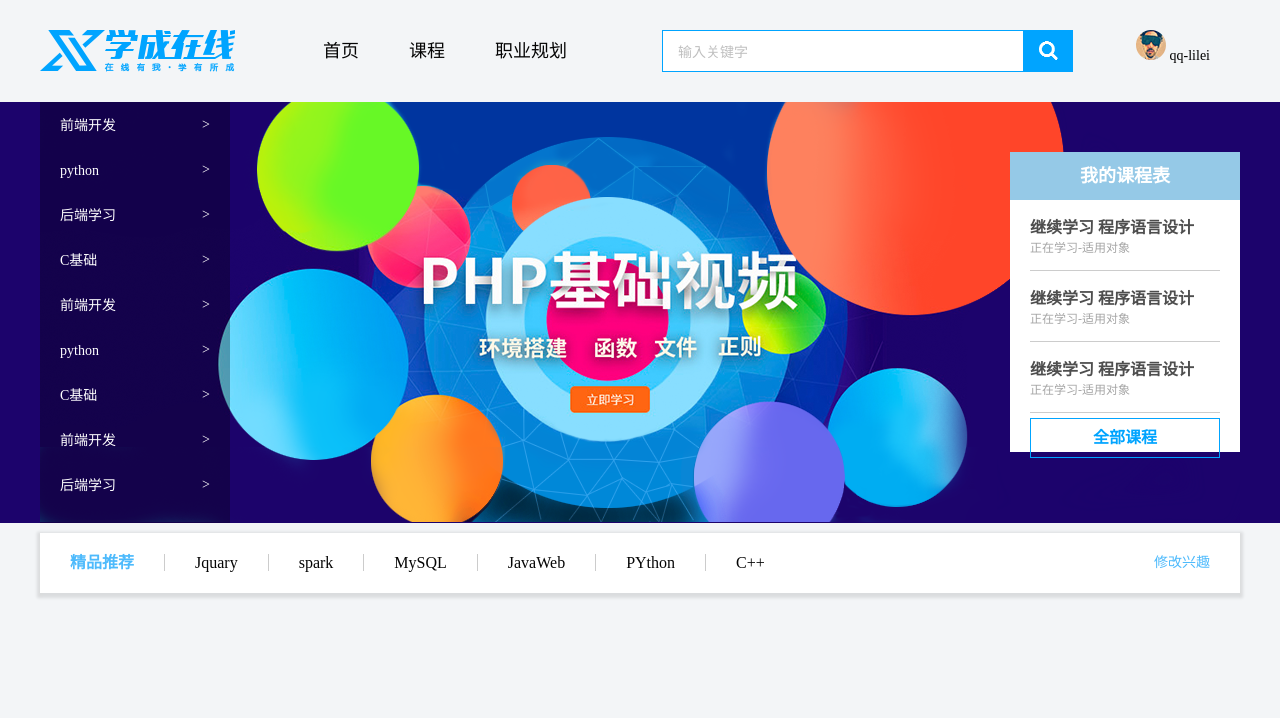
Repository: zhengdeya/web-based
Page: 39-学成在线/index.html
An editor plug-in stored every save of this project. The page is shown before and after the next save, followed by the edit.
The browser window is 1280 px wide. The pictures show the whole page.

Above is the page before, as saved 2021-04-15 15:44:04.

After the next save:
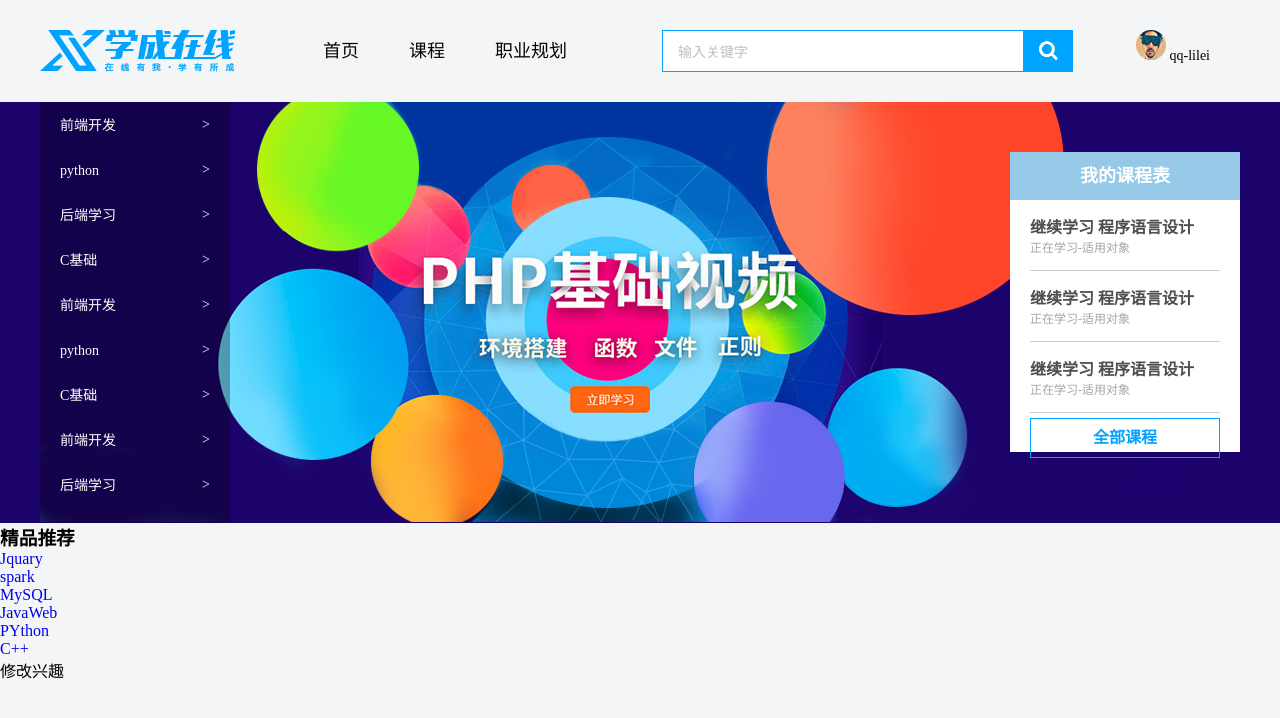
Saved 2 min 4 s later.
--- a/39-学成在线/index.html
+++ b/39-学成在线/index.html
@@ -81,7 +81,7 @@
         </div>
     </div>
 
-    <div class="footer">
+    <div class="goods">
         <h3>精品推荐</h3>
         <ul>
             <li><a href="#">Jquary</a></li>

After the save that followed:
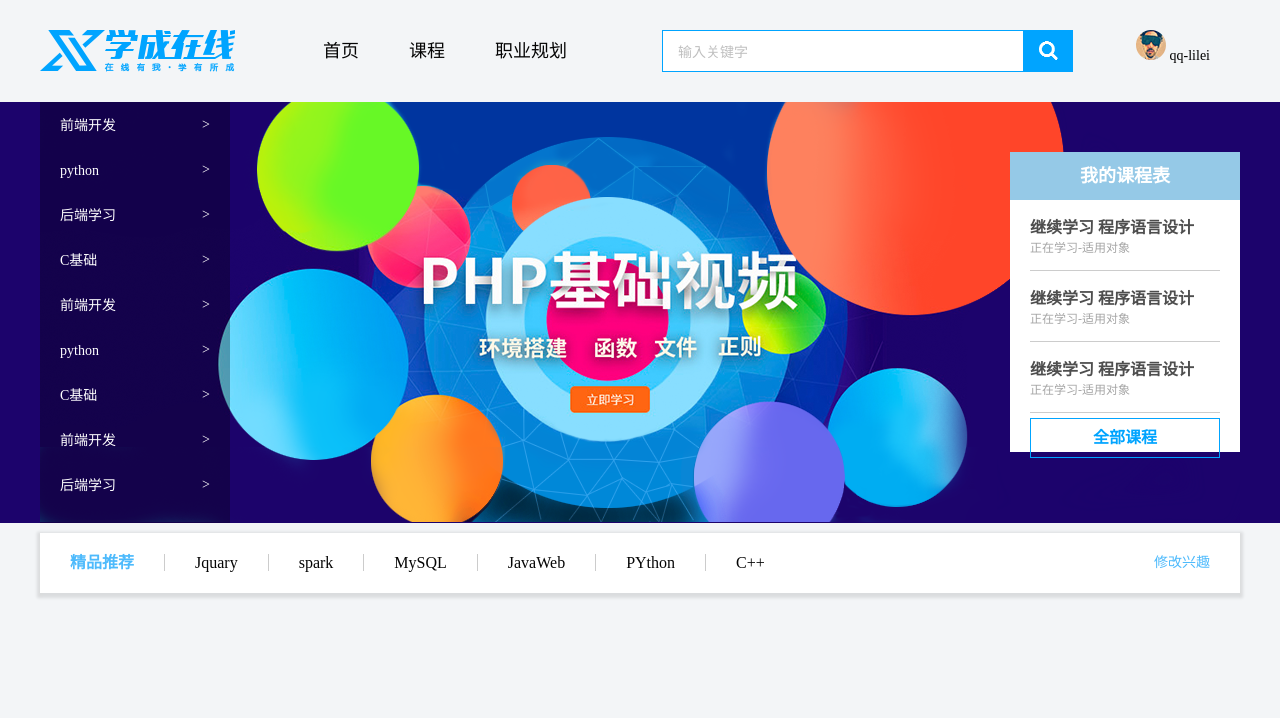
Saved 3 s later.
--- a/39-学成在线/style.css
+++ b/39-学成在线/style.css
@@ -17,6 +17,7 @@ a {
 
 .header,
 .box,
+.goods,
 .footer {
     margin: 0 auto;
     width: 1200px;
@@ -188,7 +189,7 @@ a {
 }
 
 /* 精品推荐模块 */
-.footer {
+.goods {
     margin-top: 10px;
     height: 60px;
     line-height: 60px;
@@ -196,30 +197,30 @@ a {
     box-shadow: 0 2px 3px 3px rgba(0, 0, 0, .1);
 }
 
-.footer h3 {
+.goods h3 {
     margin-left: 30px;
     float: left;
     font-size: 16px;
     color: #4DBAFC;
 }
 
-.footer ul {
+.goods ul {
     float: left;
     margin-left: 30px;
 }
 
-.footer ul li {
-    float: left;
-}
-
-.footer ul li a {
+.goods ul li {
+    float: left;
+}
+
+.goods ul li a {
     padding: 0 30px;
     font-size: 16px;
     color: #050505;
     border-left: 1px solid #ccc;
 }
 
-.footer .change {
+.goods .change {
     float: right;
     margin-right: 30px;
     font-size: 14px;
